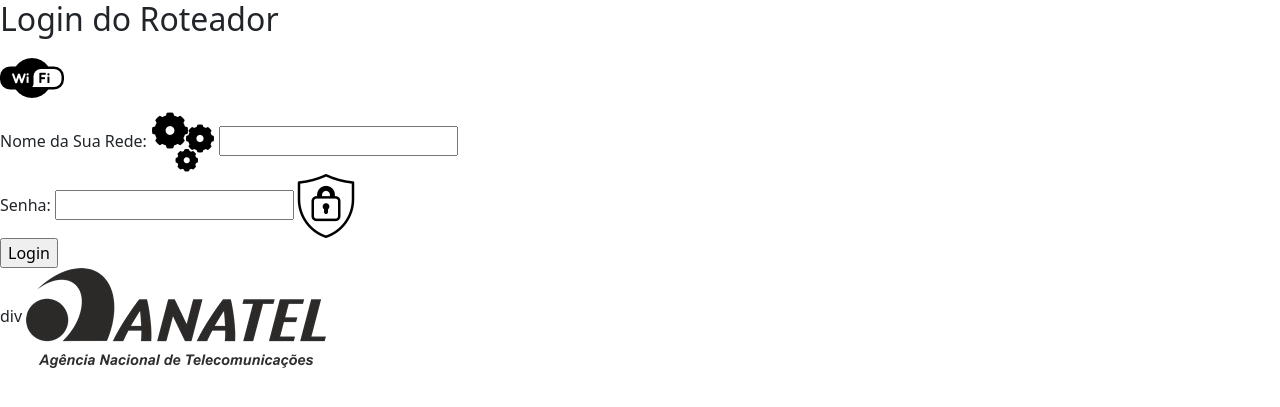
Repository: alfredo-allan/wifi-acesso-seguro.com
Page: index.html
These files come from the project's save history. The page is drawn as it stood at one moment and after a run of saves; the edit follows.
The browser window is 1280 px wide. The pictures show the whole page.

Above is the page before, as saved 2024-07-27 18:34:43.
Not found: script.js

After the next 7 saves:
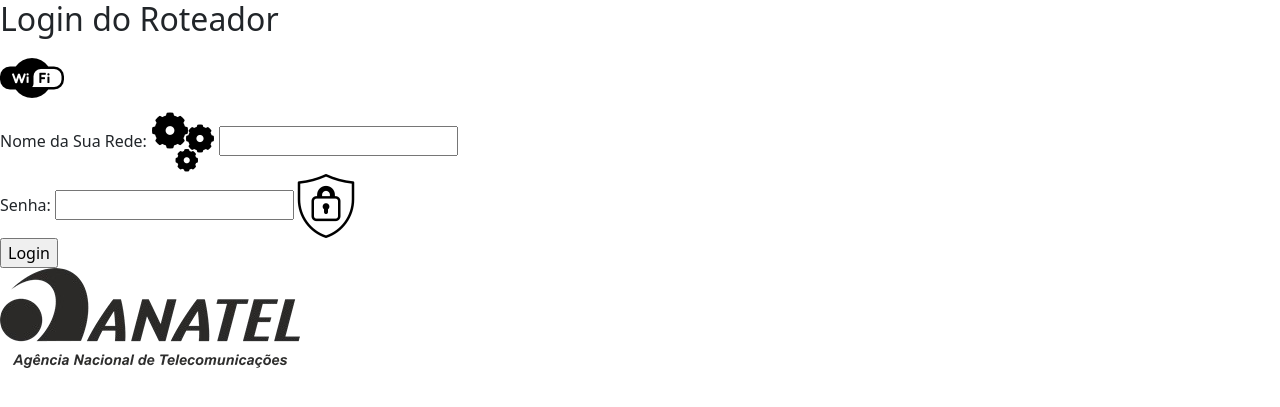
The 7 saves are shown as one change because they came seconds apart.
The last was saved 18 s later.
--- a/index.html
+++ b/index.html
@@ -18,7 +18,7 @@
     <img src="./img/sinal-wifi.png" alt="" />
     <form>
       <label for="ssid">Nome da Sua Rede:</label>
-			<img src="./img/engrenagem.png" alt="">
+      <img src="./img/engrenagem.png" alt="" />
       <input type="text" id="ssid" name="ssid" required /><br />
       <label for="password">Senha:</label>
       <input type="password" id="password" name="password" required /><img
@@ -27,8 +27,10 @@
       /><br />
       <input type="submit" value="Login" />
     </form>
-		div
-		<img src="./img/anatel-removebg-preview.png" alt="">
+    <div id="info">
+      <img src="./img/anatel-removebg-preview.png" alt="" />
+			<h1></h1>
+    </div>
     <script
       src="https://cdn.jsdelivr.net/npm/bootstrap@5.3.3/dist/js/bootstrap.bundle.min.js"
       integrity="sha384-YvpcrYf0tY3lHB60NNkmXc5s9fDVZLESaAA55NDzOxhy9GkcIdslK1eN7N6jIeHz"
